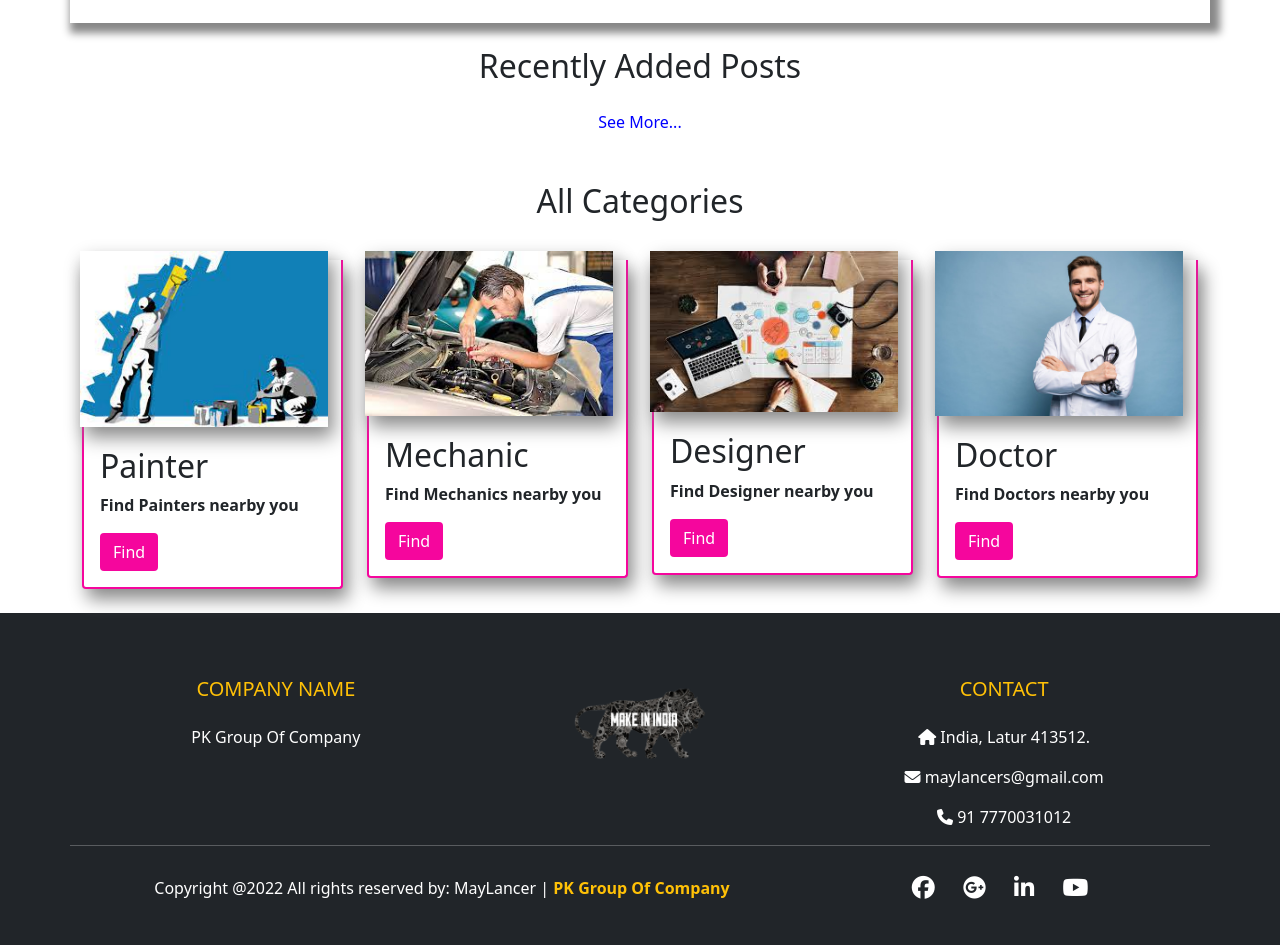
Repository: prathmesh2023/maylancers
Page: http://localhost/
The author's editor kept a copy of each file at every save. The page is drawn from the files as they stood at one save, then again after the next save.
The browser window is 1280 px wide. The pictures show the part of the page from y = 803 to 1755 px (the page is 1748 px tall before and 2036 px after).
Some web fonts or font styles are not loaded; a fallback is used. Some web libraries are served in a nearby version. The page is served by the project's application, run on Django 3.2 (manage.py). Other server files are loaded and not shown. The page reads the database file committed with the project. Queries for data that is not in the repository find no rows.

Above is the page before, as saved 2022-02-16 14:40:41.

### templates/home.html
 {% extends "base.html" %} {% block title %} MayLancers {% endblock title %} {% load static %} {% block main %}
<div class="bgc" style=" background-image: url(' {% static 'img/2.gif' %} ');">

    <div class="searchbox container py-5">

        <h2 class="py-4 text-white text-center h1 jone">Find Work Or Workers For Every Field:</h2>

        <form action="/search" method="post" class="form">
            {% csrf_token %}
            <div class="input-group">

                <input required name="text" type="text" class="form-control" aria-label="Text input with dropdown button" placeholder="">
                <div class="input-group-append">
                    <button class="btn primary-bg bt text-white " type="submit"><span class="fa fa-search"> </span> Search</button>

                </div>
            </div>
        </form>


        <div class="container text-center text-white my-4 rounded-0 pj">
            {% comment %} <a href="post_job"><button class="btn primary-bg btn-lg"><span class="fa fa-edit" style=> </span> Post Job</button></a> {% endcomment %}



        </div>


    </div>


</div>
</div>



<!-- cards -->
<!-- <div class="container card_main ">
    <div class="row ">
        <div class="col-md-3 justify-content-center">

            <div class="card  m-0 p-0" style="border: solid 2px #f5069d ; border-top-right-radius: 0px; border-top-left-radius: 0px; border-top: none ;">
                <div class="card-body ">
                    <img src="{% static 'img/card/Painter.jpg' %} " class="img border-0 p-0">
                    <h2 style="margin-top:20px;">
                        Painter
                    </h2>
                    <p class="card-text"><b>Find Painters nearby you</b></p>
                    <a href="#" class="btn sub">  Find </a>
                </div>
            </div>

        </div>


        <div class="col-md-3">

            <div class="card  m-0 p-0" style="border: solid 2px #f5069d ; border-top-right-radius: 0px; border-top-left-radius: 0px; border-top: none ;">
                <div class="card-body ">
                    <img src="{% static 'img/card/mechanic.jpg' %} " class="img border-0 p-0">
                    <h2 style="margin-top:20px;">
                        Mechanic
                    </h2>
                    <p class="card-text"><b>Find Mechanics nearby you</b></p>
                    <a href="#" class="btn sub"> Find </a>
                </div>
            </div>

        </div>



        <div class="col-md-3">

            <div class="card  m-0 p-0" style="border: solid 2px #f5069d ; border-top-right-radius: 0px; border-top-left-radius: 0px; border-top: none ;">
                <div class="card-body ">
                    <img src="{% static 'img/card/designer1.jpg' %} " class="img border-0 p-0">
                    <h2 style="margin-top:20px;">
                        Designer
                    </h2>
                    <p class="card-text"><b>Find Designer nearby you</b></p>
                    <a href="#" class="btn sub"> Find </a>
                </div>
            </div>

        </div>


        <div class="col-md-3">

            <div class="card  m-0 p-0" style="border: solid 2px #f5069d ; border-top-right-radius: 0px; border-top-left-radius: 0px; border-top: none ;">
                <div class="card-body ">
                    <img src="{% static 'img/card/doctor.jpg' %}" class="img border-0 p-0">
                    <h2 style="margin-top:20px;">
                        Doctor
                    </h2>
                    <p class="card-text"><b>Find Doctors nearby you</b></p>
                    <a href="#" class="btn sub"> Find </a>
                </div>
            </div>

        </div>
    </div>
</div> -->

<div class="container-fluid card-main "style=" background: white;">
 <div class="row">


    <div class="col-md-3 text-center  boxed text-white" style="background-color: #ff3001c7; ">
       <a href="/jobs"> <h4 class="h4 my-2"> Hire Freelancer <span class="mx-3 fa fa-arrow-right fa-sm"> </span></h4></a>

    </div>

    <div class="col-md-3 text-center  boxed " style="background-color: white;">
        <a href="/profile"> <h4 class="h4 my-2" style="color: blue;"> Work as Freelancer <span class="mx-3 fa fa-arrow-right fa-sm"> </span></h4></a>

    </div>

    <div class="col-md-3 text-center  boxed text-white" style="background-color: green; ">
        <a href="/post_job"> <h4 class="h4 my-2"> Post a Job <span class="mx-3 fa fa-arrow-right fa-sm"> </span></h4>
</a>
    </div>

    <div class="col-md-3 text-center  boxed text-white" style="background-color: #41464b; ">
        <a href="categories"><h4 class="h4 my-2"> All Categories <span class="mx-3 fa fa-arrow-right fa-sm"> </span></h4>
</a>
    </div>

 </div>

</div>

<style >
    .boxed{
        height: 55px;
        font-family: 'Jockey One';
        padding: 3px;
    }
    a{
        text-decoration: none;
        color: white;
    }
</style>

<!--
<div class="container card_main ">

    <div class="row">
        {% for h in cat %} {% if forloop.counter0|divisibleby:4 %}
    </div><br>
    <div class="row">
        {% endif %}
        <div class="col-md-3 text-center my-2">
            <a href="/category/{{h.title}}" style="text-decoration: none; color:black">
                <div class="card  " style="border: solid 2px #f5069d ; border-top-right-radius: 0px; border-top-left-radius: 0px; border-top: none ;">
                    <div class="card-body ">
                        <img src="{{h.thumbnail.url}} " class="img border-0 p-0">
                        <h2 style="margin-top:20px;">
                            {{h.title}}
                        </h2>
                        <p class="card-text"><b><span class="fa fa-map-marker" style="color:#f5069d"> </span>  {{h.location}}</b></p>

                    </div>
                </div>
            </a>
        </div>
        {% endfor %}
    </div>
</div> -->

<br>

<div class="container text-center">
    <h2 style=" font-family:Concert One';"> How does freelancing work?</h2>
</div>

<div class="container text-center" style="box-shadow: 5px 5px 8px 5px #888888; padding: 25px; font-size: smaller;">
    <p class="list-inline">
        Freelancers accept payment in return for providing some sort of service. That agreement is generally part-time or short term.
        <br>

       For example, if I hired a photographer to take new headshots for me, I could pay a freelancer for that session and that would be the end of it.
       <br>
     Sometimes people pay freelancers to work a set number of hours per week or per month. That arrangement is often referred to as a “retainer.”
     <br>

    A retainer refers to when you retain the services or right to someone’s time. A lot of legal professionals work on retainer. Every month, they bill
    <br>
        a set amount of time to the client, regardless of whether that full time is used or not.
        A retainer refers to when you retain the services or right to someone’s time. A lot of legal professionals work on retainer. Every month, they bill a set amount of time to the client, regardless of

</p>
</div>

<div class="container text-center my-4">
    <h2 style=" font-family:Concert One';"> Recently Added Posts</h2>
</div>


<div class="container rpost">

    <div class="container">
        <div class="col-4">

        </div>
        <div class="col-4">

        </div>

    </div>


    <div class="container my-4  ">

        {% for i in post %}
        <div class="row my-3" style="box-shadow: 5px 5px 8px 5px #888888; padding: 25px;">
            <div class="col imgcol">
                <img src="{{i.thumb.url}}" class="rounded float-left " alt="...">

            </div>
            <div class="col-6">
                <h2>{{i.title}}</h2>
                <p>{{i.desc}}</p>

                <p><span class="fa fa-user"> </span> {{i.user}}</p>
                <button class="btn btn-secondary btn-sm">{{i.cat}}</button>
            </div>
            <div class="col">
                <b><p><span class="fa fa-map-marker"> </span> {{i.loc}}</p></b>

                <b>Amount:</b>
                <br>

                <b>From : Rs. {{i.afrom}} /-</b>
                <br>
                <b>To : Rs. {{i.ato}} /-</b> {% if i.done is True %}

               <button class="btn btn-danger rounded-0 w-100 my-3"> Closed</button>
                {% else %}
                <a href="apply/{{i.title}}/{{i.id}}"> <button class="btn primary-bg text-white rounded-0 w-100 my-3"> Apply</button></a>
                {% endif %}


            </div>
        </div>
        {% endfor %}

    </div>

</div>


<div class="container  mpost ">

{% for i in post %}
<div class="row my-3" style="box-shadow: 5px 5px 8px 5px #888888; padding: 25px;">

    <div class="card-body">

         <img src="{{i.thumb.url}}" class="rounded " alt="thumbnail" style="width: 100%; height: 170px;">
         <h2>{{i.title}}</h2>
         <p>{{i.desc}}</p>
        <div class="row">
            <div class="col">
                         <p><span class="fa fa-user"> </span> {{i.user}}</p>

         <p><span class="fa fa-map-marker"> </span> {{i.loc}}</p>
          <button class="btn btn-secondary btn-sm p-0 p-0" style="margin-top: -8px;">{{i.cat}}</button>



            </div>
            <div class="col">
                                <b>Amount:</b>
                <br>

                <p>From : Rs. {{i.afrom}} /-</p>

                <p>To : Rs. {{i.ato}} /-</p>

            </div>
        </div>


    </div>

    <div class="card-footer">
     {% if i.done is True %}

               <button class="btn btn-danger  rounded-0  w-100 my-3"> Closed</button>
                {% else %}
                <a href="apply/{{i.title}}/{{i.id}}"> <button class="btn primary-bg text-white rounded-0 w-100 my-3"> Apply</button></a>
                {% endif %}
    </div>

</div>

{% endfor %}

</div>

<p class="text-center"><a href="/jobs" style="color: blue;"> See More... </a></p>

<br>


<div class="container text-center my-2">
    <h2 style=" font-family:Concert One';"> All Categories</h2>
</div>


<!-- cards -->
<div class="container card_main ">
    <div class="row ">
        <div class="col-md-3 justify-content-center">

            <div class="card  m-0 p-0" style="border: solid 2px #f5069d ; border-top-right-radius: 0px; border-top-left-radius: 0px; border-top: none ;">
                <div class="card-body ">
                    <img src="{% static 'img/card/Painter.jpg' %} " class="img border-0 p-0">
                    <h2 style="margin-top:20px;">
                        Painter
                    </h2>
                    <p class="card-text"><b>Find Painters nearby you</b></p>
                    <a href="#" class="btn sub">  Find </a>
                </div>
            </div>

        </div>


        <div class="col-md-3">

            <div class="card  m-0 p-0" style="border: solid 2px #f5069d ; border-top-right-radius: 0px; border-top-left-radius: 0px; border-top: none ;">
                <div class="card-body ">
                    <img src="{% static 'img/card/mechanic.jpg' %} " class="img border-0 p-0">
                    <h2 style="margin-top:20px;">
                        Mechanic
                    </h2>
                    <p class="card-text"><b>Find Mechanics nearby you</b></p>
                    <a href="#" class="btn sub"> Find </a>
                </div>
            </div>

        </div>



        <div class="col-md-3">

            <div class="card  m-0 p-0" style="border: solid 2px #f5069d ; border-top-right-radius: 0px; border-top-left-radius: 0px; border-top: none ;">
                <div class="card-body ">
                    <img src="{% static 'img/card/designer1.jpg' %} " class="img border-0 p-0">
                    <h2 style="margin-top:20px;">
                        Designer
                    </h2>
                    <p class="card-text"><b>Find Designer nearby you</b></p>
                    <a href="#" class="btn sub"> Find </a>
                </div>
            </div>

        </div>


        <div class="col-md-3">

            <div class="card  m-0 p-0" style="border: solid 2px #f5069d ; border-top-right-radius: 0px; border-top-left-radius: 0px; border-top: none ;">
                <div class="card-body ">
                    <img src="{% static 'img/card/doctor.jpg' %}" class="img border-0 p-0">
                    <h2 style="margin-top:20px;">
                        Doctor
                    </h2>
                    <p class="card-text"><b>Find Doctors nearby you</b></p>
                    <a href="#" class="btn sub"> Find </a>
                </div>
            </div>

        </div>
    </div>
</div>
<br>


<style>

    .card_main {
    margin-top: 40px;
}

    .mpost{
        display: none;
    }

     @media  screen and (max-width: 900px) {
       .mpost{
        display: block;
    }
    .rpost{
        display: none;
    }
    }
    .rpost img {
        max-width: 90%;
    }

    @media  screen and (max-width: 900px) {
        .imgcol {
            display: none;
        }
    }
</style>


{% endblock main %}

### app1/models.py
from django.db import models

# Create your models here.
from django.contrib.auth.models import User

class profile(models.Model):
    user = models.OneToOneField(User, on_delete=models.CASCADE)
    about = models.CharField(max_length=100)
    dp = models.ImageField('dp', upload_to="app1/img/dp")


class category(models.Model):
    title = models.CharField(max_length=200)
    location = models.CharField(max_length=200)
    thumbnail = models.ImageField('thumbnail', upload_to="app1/img/category")
    desc = models.TextField()


    def __str__(self):
        return self.title


class post(models.Model):

    title = models.CharField(max_length=200)
    loc = models.CharField(max_length=200)
    desc = models.TextField()
    cat = models.CharField(max_length=200)
    thumb = models.ImageField('thumb', upload_to="app1/img/post/thumb")
    afrom = models.IntegerField()
    ato = models.IntegerField()
    user = models.CharField(max_length=200,default="def")
    done = models.BooleanField(default=False)

    def __str__(self):
        return self.title


class proposal(models.Model):

    post = models.ForeignKey("post",  on_delete=models.CASCADE ,default=1)

    text = models.TextField()

    mob = models.CharField(max_length=150)

    user = models.CharField(max_length=150)



    def __str__(self):
        return self.user

### maylancer/urls.py
"""maylancer URL Configuration

The `urlpatterns` list routes URLs to views. For more information please see:
    https://docs.djangoproject.com/en/3.2/topics/http/urls/
Examples:
Function views
    1. Add an import:  from my_app import views
    2. Add a URL to urlpatterns:  path('', views.home, name='home')
Class-based views
    1. Add an import:  from other_app.views import Home
    2. Add a URL to urlpatterns:  path('', Home.as_view(), name='home')
Including another URLconf
    1. Import the include() function: from django.urls import include, path
    2. Add a URL to urlpatterns:  path('blog/', include('blog.urls'))
"""
from django.contrib import admin
from django.urls import path,include

urlpatterns = [
    path('admin/', admin.site.urls),
    path('',include('app1.urls'))
]

### app1/urls.py
from django.contrib import admin
from django.urls import path
from app1 import views

from django.conf import settings
from django.conf.urls.static import static

urlpatterns = [
    path("", views.home , name="home"),
    path("login", views.login, name="login"),
    path("logout", views.logout,name="logout"),
    path("profile", views.profile, name="profile"),
    path("register", views.register, name="register"),
    path("post_job", views.post_job, name="post_job"),
    path("apply/<str:title>/<int:id>", views.apply, name="apply"),
    path("proposal", views.proposal, name="proposal"),
    path("category/<str:title>", views.category, name="category"),
    path("search", views.search,name="search"),
    path("categories", views.categories, name="categories"),
    path('jobs', views.jobs, name="jobs"),

    path("success", views.success, name="success"),


]+ static(settings.MEDIA_URL, document_root=settings.MEDIA_ROOT)

### static/css/main.css
.primary-bg {
    background-color: rgb(255, 78, 166);
}

.brand {
    max-width: 100px;
    max-height: 39px;
    margin-top: -14px;
}

.bg-white {
    background: white;
}

a u {
    text-decoration: none;
}

.nav-item {
    font-size: large;
    font-family: 'Concert One';
    font-size: 22px;
    padding: 10px;
}

.in {
    margin-top: 50px;
}

.bgc {
    background-color: black;
    background-repeat: no-repeat;
    background-size: 100%;
    width: 100%;
    height: 400px;
}


/* fonts */

.jone {
    font-family: 'Jockey One';
}

.Courgette {
    font-family: 'Courgette';
}

.searchbox {}

.searchbox input {
    border-radius: 0%;
    height: 50px;
    background-color: #ffffffd9;
}

.bt {
    border-radius: 0%;
    height: 50px;
    font-family: Archivo Narrow;
    font-size: 20px;
}

.di {
    color: white;
    border-radius: 0%;
}


/* cards */


/* .sub {
    background: #f5069d;
    color: white;
}

.img-thumbnail {
    padding: 0px;
}

.img {
    margin-left: -31px;
    width: 120%;
    height: 180px;
    border-style: solid;
    border-size: px;
    padding: 10px;
    box-shadow: 5px 10px 18px #888888;
    margin-top: -25px;
}

.card {
    box-shadow: 5px 10px 18px #888888;
}
*/

.card_main {
    margin-top: -100px;
}

.sub {
    background: #f5069d;
    color: white;
}

.img-thumbnail {
    padding: 0px;
}

.img {
    margin-left: -20px;
    width: 110%;
    height: auto;
    border-style: solid;
    border-size: 1px;
    box-shadow: 5px 10px 18px #888888;
    margin-top: -25px;
}

.card {
    box-shadow: 5px 10px 18px #888888;
    margin-left: 20px;
    margin-right: 20px;
    text-decoration: none;
}

.card a {
    text-decoration: none;
}

.card:hover {
    color: #f5069d;
}

@media only screen and (max-width: 900px) {
    .img {}
    .card {
        margin-left: 50px;
        margin-right: 50px;
    }
}

.pj button {
    border-radius: 0px;
    color: white;
    font-family: Barlow Condensed;
    font-size: x-large;
    font-style: solid;
}

.nvm {
    height: 40px;
    margin-top: -10px;
    background-color: #000000cc;
}

@media only screen and (max-width: 900px) {
    .nvm {
        height: 45px;
        margin-top: -10px;
        background-color: #000000cc;
    }
}

.mnbt {
    display: none;
}

@media only screen and (max-width: 900px) {
    .mnbt {
        display: block;
    }
    .navbar-brand {
        justify-content: center;
        margin-left: 20%;
    }
}


/*  */

### db.sqlite3 (the tables this page reads, as SQL)
CREATE TABLE "app1_category" ("id" integer NOT NULL PRIMARY KEY AUTOINCREMENT, "title" varchar(200) NOT NULL, "location" varchar(200) NOT NULL, "desc" text NOT NULL, "thumbnail" varchar(100) NULL);
INSERT INTO "app1_category" VALUES
(1, 'painter', 'Pune , mh', 'painter', 'app1/img/category/painter_LAaJ8Te.jpg'),
(2, 'designer', 'latur', 'designer', 'app1/img/category/designer1.jpg'),
(3, 'mechanic', 'pune', 'mechanic', 'app1/img/category/mechanic.jpg'),
(4, 'dctor', 'bombay', 'dector', 'app1/img/category/doctor.jpg'),
(6, 'Dancer', 'pune, maharashtra', 'I want a Bar dancer', 'app1/img/category/download.jpg');

Loaded but not shown: static/bootstrap-5/css/bootstrap.min.css (library); templates/base.html (272 lines, source omitted); app1/views.py (226 lines, source omitted)

After the next save:
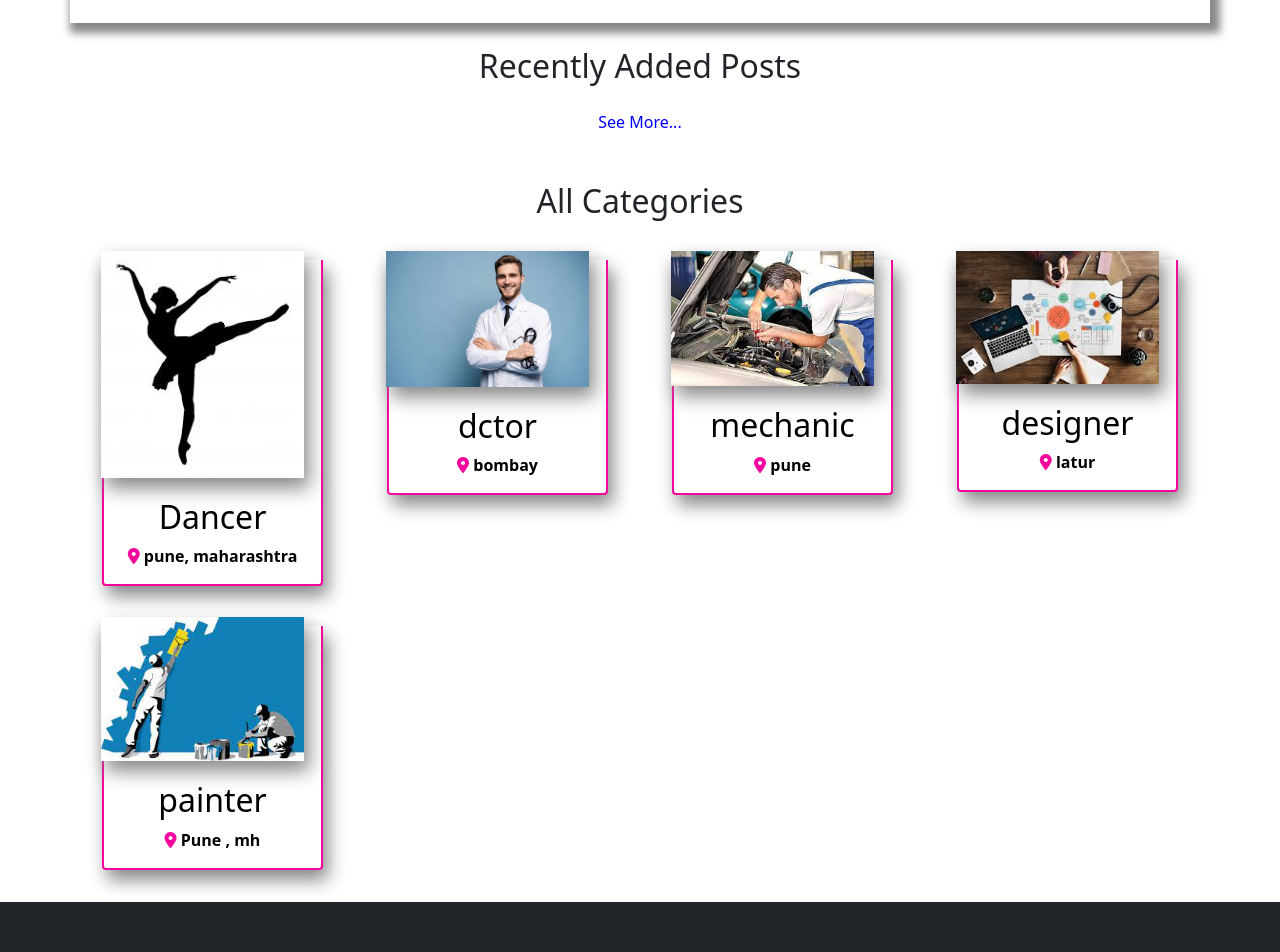
Saved 74 s later.
--- a/templates/home.html
+++ b/templates/home.html
@@ -311,73 +311,32 @@
 
 
 <!-- cards -->
-<div class="container card_main ">
-    <div class="row ">
-        <div class="col-md-3 justify-content-center">
-
-            <div class="card  m-0 p-0" style="border: solid 2px #f5069d ; border-top-right-radius: 0px; border-top-left-radius: 0px; border-top: none ;">
-                <div class="card-body ">
-                    <img src="{% static 'img/card/Painter.jpg' %} " class="img border-0 p-0">
-                    <h2 style="margin-top:20px;">
-                        Painter
-                    </h2>
-                    <p class="card-text"><b>Find Painters nearby you</b></p>
-                    <a href="#" class="btn sub">  Find </a>
-                </div>
-            </div>
-
-        </div>
-
-
-        <div class="col-md-3">
-
-            <div class="card  m-0 p-0" style="border: solid 2px #f5069d ; border-top-right-radius: 0px; border-top-left-radius: 0px; border-top: none ;">
-                <div class="card-body ">
-                    <img src="{% static 'img/card/mechanic.jpg' %} " class="img border-0 p-0">
-                    <h2 style="margin-top:20px;">
-                        Mechanic
-                    </h2>
-                    <p class="card-text"><b>Find Mechanics nearby you</b></p>
-                    <a href="#" class="btn sub"> Find </a>
-                </div>
-            </div>
-
-        </div>
-
-
-
-        <div class="col-md-3">
-
-            <div class="card  m-0 p-0" style="border: solid 2px #f5069d ; border-top-right-radius: 0px; border-top-left-radius: 0px; border-top: none ;">
-                <div class="card-body ">
-                    <img src="{% static 'img/card/designer1.jpg' %} " class="img border-0 p-0">
-                    <h2 style="margin-top:20px;">
-                        Designer
-                    </h2>
-                    <p class="card-text"><b>Find Designer nearby you</b></p>
-                    <a href="#" class="btn sub"> Find </a>
-                </div>
-            </div>
-
-        </div>
-
-
-        <div class="col-md-3">
-
-            <div class="card  m-0 p-0" style="border: solid 2px #f5069d ; border-top-right-radius: 0px; border-top-left-radius: 0px; border-top: none ;">
-                <div class="card-body ">
-                    <img src="{% static 'img/card/doctor.jpg' %}" class="img border-0 p-0">
-                    <h2 style="margin-top:20px;">
-                        Doctor
-                    </h2>
-                    <p class="card-text"><b>Find Doctors nearby you</b></p>
-                    <a href="#" class="btn sub"> Find </a>
-                </div>
-            </div>
-
-        </div>
-    </div>
-</div>
+
+<div class="container card_main " style="margin-top:0px">
+
+    <div class="row">
+        {% for h in cat %} {% if forloop.counter0|divisibleby:4 %}
+    </div><br>
+    <div class="row">
+        {% endif %}
+        <div class="col-md-3 text-center my-2">
+            <a href="/category/{{h.title}}" style="text-decoration: none; color:black">
+                <div class="card  " style="border: solid 2px #f5069d ; border-top-right-radius: 0px; border-top-left-radius: 0px; border-top: none ;">
+                    <div class="card-body ">
+                        <img src="{{h.thumbnail.url}} " class="img border-0 p-0">
+                        <h2 style="margin-top:20px;">
+                            {{h.title}}
+                        </h2>
+                        <p class="card-text"><b><span class="fa fa-map-marker" style="color:#f5069d"> </span> {{h.location}}</b></p>
+
+                    </div>
+                </div>
+            </a>
+        </div>
+        {% endfor %}
+    </div>
+</div>
+
 <br>
 
 
